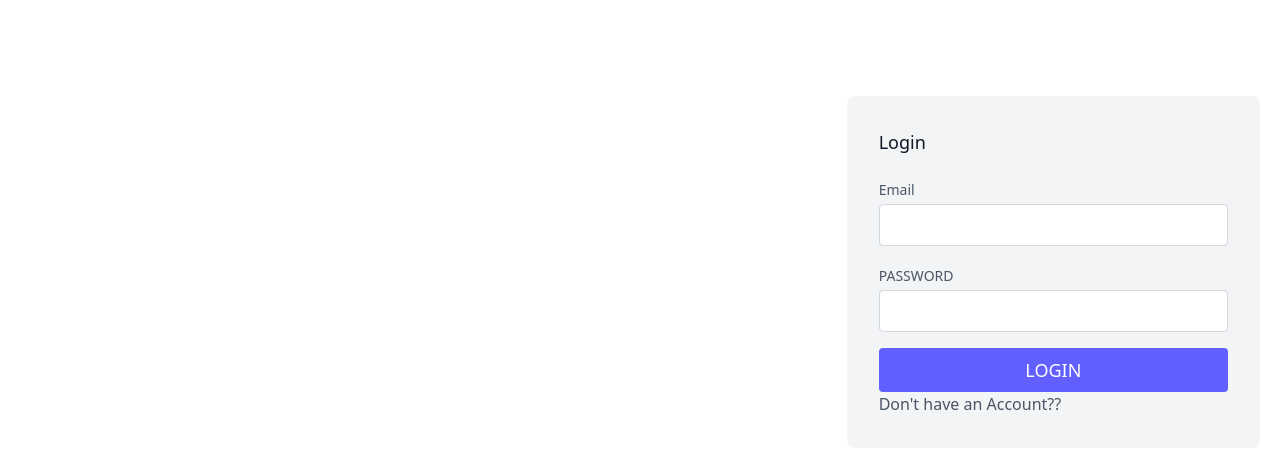
Repository: ridhukhan/Authentication
Page: /login (app in frontend/)
The author's editor kept a copy of each file at every save. The page is drawn from the files as they stood at one save, then again after the next save.
The browser window is 1280 px wide. The pictures show the whole page.
The project was rebuilt for these pictures with package versions that can differ from the ones it lists, and the page was loaded fresh each time. Also part of the build but not shown: frontend/vite.config.js, frontend/src/App.css, frontend/src/pages/Home.jsx.

Above is the page before, as saved 2026-02-04 18:58:11.

After the next save:
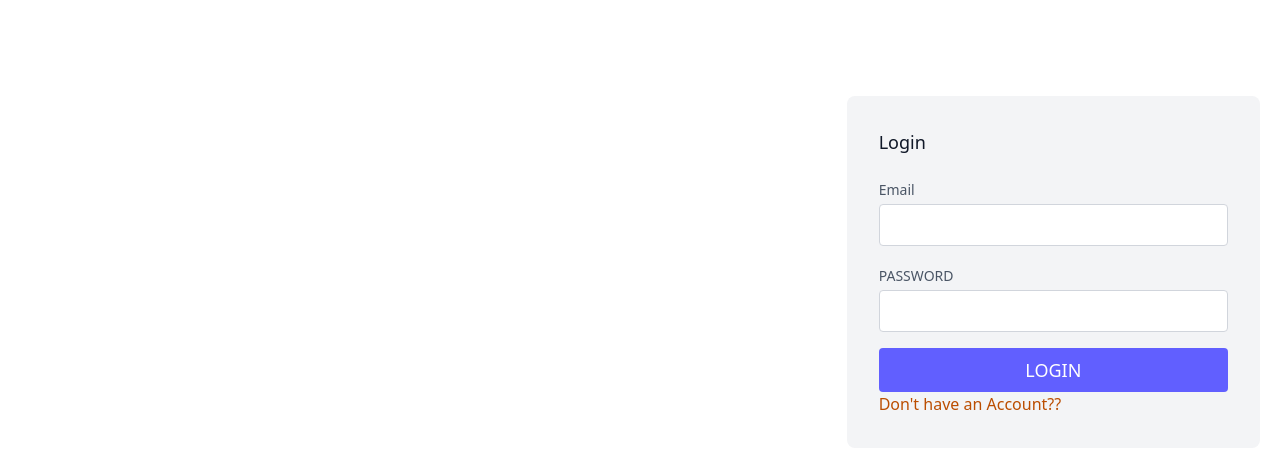
Saved 27 s later.
--- a/frontend/src/pages/login.jsx
+++ b/frontend/src/pages/login.jsx
@@ -32,7 +32,7 @@
         className="w-full bg-white rounded border border-gray-300 focus:border-indigo-500 focus:ring-2 focus:ring-indigo-200 text-base outline-none text-gray-700 py-1 px-3 leading-8 transition-colors duration-200 ease-in-out"/>
       </div>
       <button className="text-white bg-indigo-500 border-0 py-2 px-8 focus:outline-none hover:bg-indigo-600 rounded text-lg">LOGIN</button>
-   <Link to={"/register"}>Don't have an Account??</Link>
+   <Link to={"/register"} className='text-amber-700'>Don't have an Account??</Link>
     </form>
   </div>
 </section>
